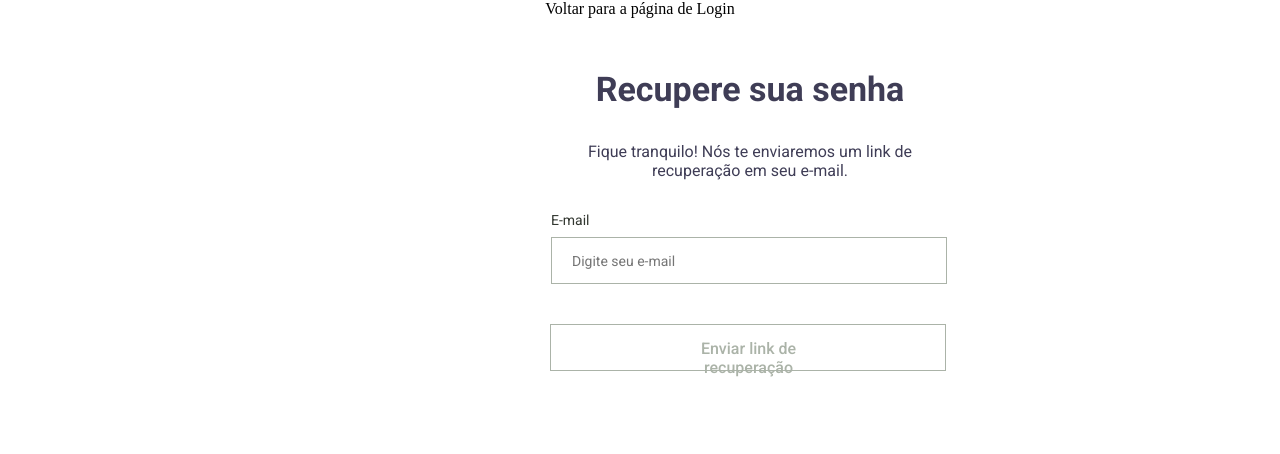
Repository: RenatoCCS/formularios
Page: senha.html
An editor plug-in stored every save of this project. The page is shown before and after the next save, followed by the edit.
The browser window is 1280 px wide. The pictures show the whole page.

Above is the page before, as saved 2023-03-27 22:08:00.

After the next save:
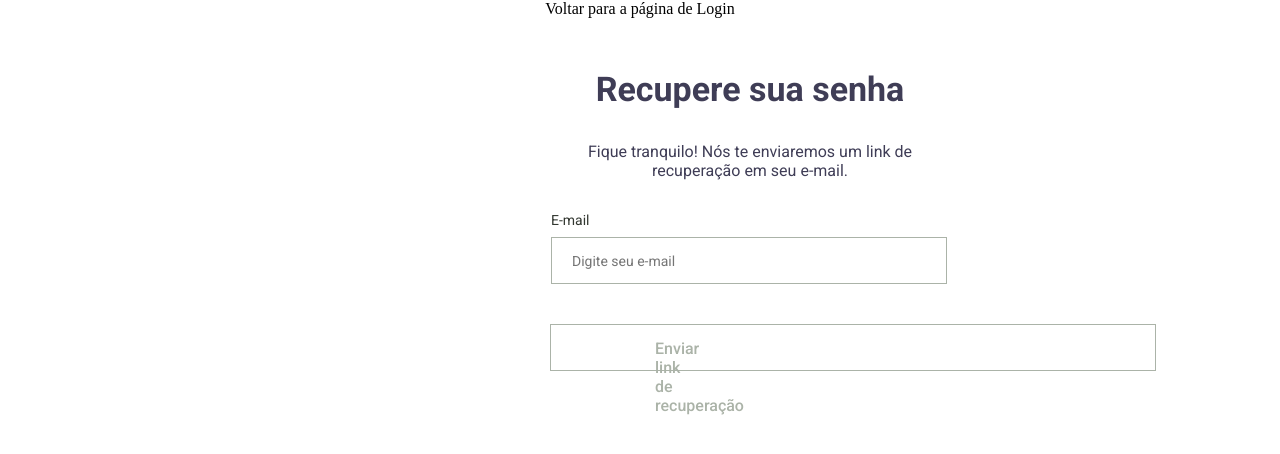
Saved 21 s later.
--- a/style.css
+++ b/style.css
@@ -866,7 +866,7 @@
   font-weight: 500;
   font-size: 16px;
   line-height: 19px;
-  padding: 14px 103px 14px 104px;
+  padding: 14px 500px 14px 104px;
 }
 
 .senha__Botao__Campo {
